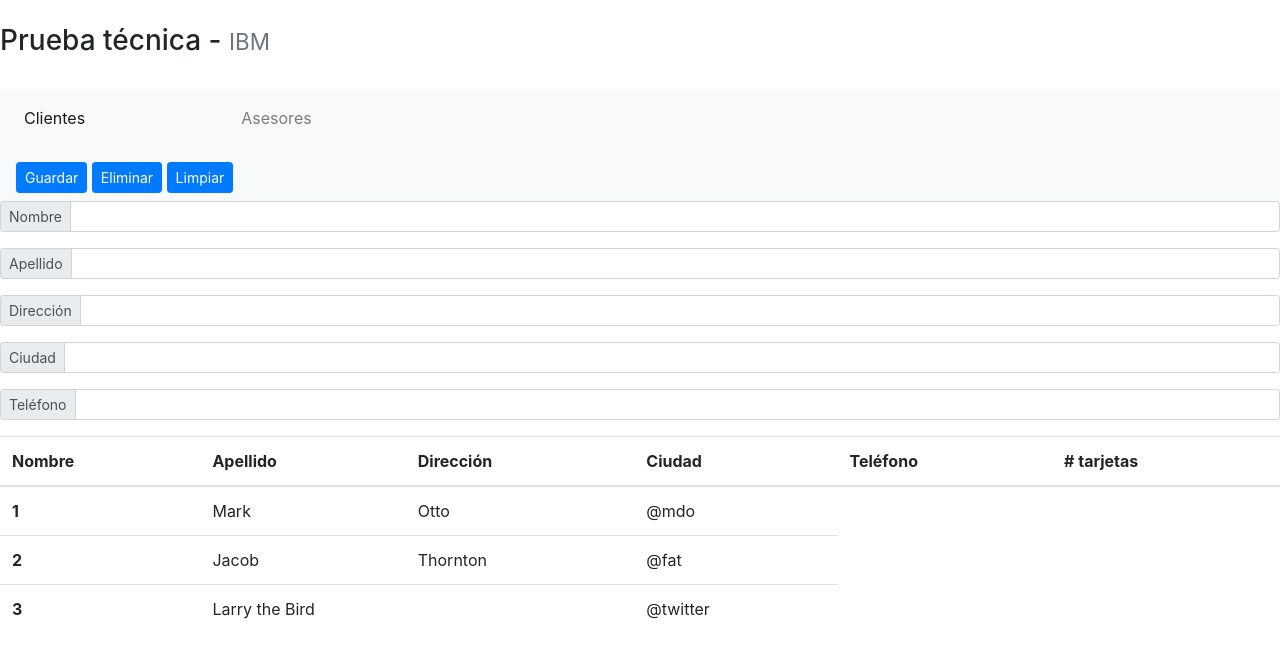
Repository: analozano16/ibm
Page: prueba_banco_war/src/main/webapp/index.html
The author's editor kept a copy of each file at every save. The page is drawn from the files as they stood at one save, then again after the next save.
The browser window is 1280 px wide. The pictures show the whole page.
Some web libraries are served in a nearby version.

Above is the page before, as saved 2020-02-02 19:57:58.

### prueba_banco_war/src/main/webapp/index.html
<!DOCTYPE html>
<html ng-app="Clientes">
<head>
	<title>Prueba</title>
	<meta charset="utf-8" />
	<!-- angular -->
	<script src="https://ajax.googleapis.com/ajax/libs/angularjs/1.7.9/angular.min.js"></script>
	<!-- controlador -->
	<script type="text/javascript" src="app.js"></script>
	<!-- bootstrap -->
	<link rel="stylesheet" href="https://stackpath.bootstrapcdn.com/bootstrap/4.3.1/css/bootstrap.min.css" integrity="sha384-ggOyR0iXCbMQv3Xipma34MD+dH/1fQ784/j6cY/iJTQUOhcWr7x9JvoRxT2MZw1T" crossorigin="anonymous">

</head>
<body>
<br/>
<h3>
  Prueba técnica -
  <small class="text-muted"> IBM</small>
</h3>
<br/>
<nav class="navbar navbar-expand-lg navbar-light bg-light">
  <ul class="navbar-nav">
    <li class="nav-item active">
      <a class="nav-link" href="#">Clientes</a>

      <br/>
<button type="button" class="btn btn-primary btn-sm">Guardar</button>
<button type="button" class="btn btn-primary btn-sm">Eliminar</button>
<button type="button" class="btn btn-primary btn-sm">Limpiar</button>

<br/>


    </li>
    <li class="nav-item">
      <a class="nav-link" href="#">Asesores</a>
    </li>
  </ul>
</nav>




<div class="input-group input-group-sm mb-3">
  <div class="input-group-prepend">
    <span class="input-group-text" id="inputGroup-sizing-sm">Nombre</span>
  </div>
  <input type="text" class="form-control" aria-label="Small" aria-describedby="inputGroup-sizing-sm">
</div>


<div class="input-group input-group-sm mb-3">
  <div class="input-group-prepend">
    <span class="input-group-text" id="inputGroup-sizing-sm">Apellido</span>
  </div>
  <input type="text" class="form-control" aria-label="Small" aria-describedby="inputGroup-sizing-sm">
</div>
<div class="input-group input-group-sm mb-3">
  <div class="input-group-prepend">
    <span class="input-group-text" id="inputGroup-sizing-sm">Dirección</span>
  </div>
  <input type="text" class="form-control" aria-label="Small" aria-describedby="inputGroup-sizing-sm">
</div>
<div class="input-group input-group-sm mb-3">
  <div class="input-group-prepend">
    <span class="input-group-text" id="inputGroup-sizing-sm">Ciudad</span>
  </div>
  <input type="text" class="form-control" aria-label="Small" aria-describedby="inputGroup-sizing-sm">
</div>
<div class="input-group input-group-sm mb-3">
  <div class="input-group-prepend">
    <span class="input-group-text" id="inputGroup-sizing-sm">Teléfono</span>
  </div>
  <input type="text" class="form-control" aria-label="Small" aria-describedby="inputGroup-sizing-sm">
</div>


<table class="table table-hover">
  <thead>
    <tr>
      <th scope="col">Nombre</th>
      <th scope="col">Apellido</th>
      <th scope="col">Dirección</th>
      <th scope="col">Ciudad</th>
      <th scope="col">Teléfono</th>
      <th scope="col"># tarjetas</th>
    </tr>
  </thead>
  <tbody>
    <tr>
      <th scope="row">1</th>
      <td>Mark</td>
      <td>Otto</td>
      <td>@mdo</td>
    </tr>
    <tr>
      <th scope="row">2</th>
      <td>Jacob</td>
      <td>Thornton</td>
      <td>@fat</td>
    </tr>
    <tr>
      <th scope="row">3</th>
      <td colspan="2">Larry the Bird</td>
      <td>@twitter</td>
    </tr>
  </tbody>
</table>
</body>
</html>

### prueba_banco_war/src/main/webapp/app.js
var app = angular.module("Clientes",[]);

app.controller("ClienteController", function($scope){

});

After the next save:
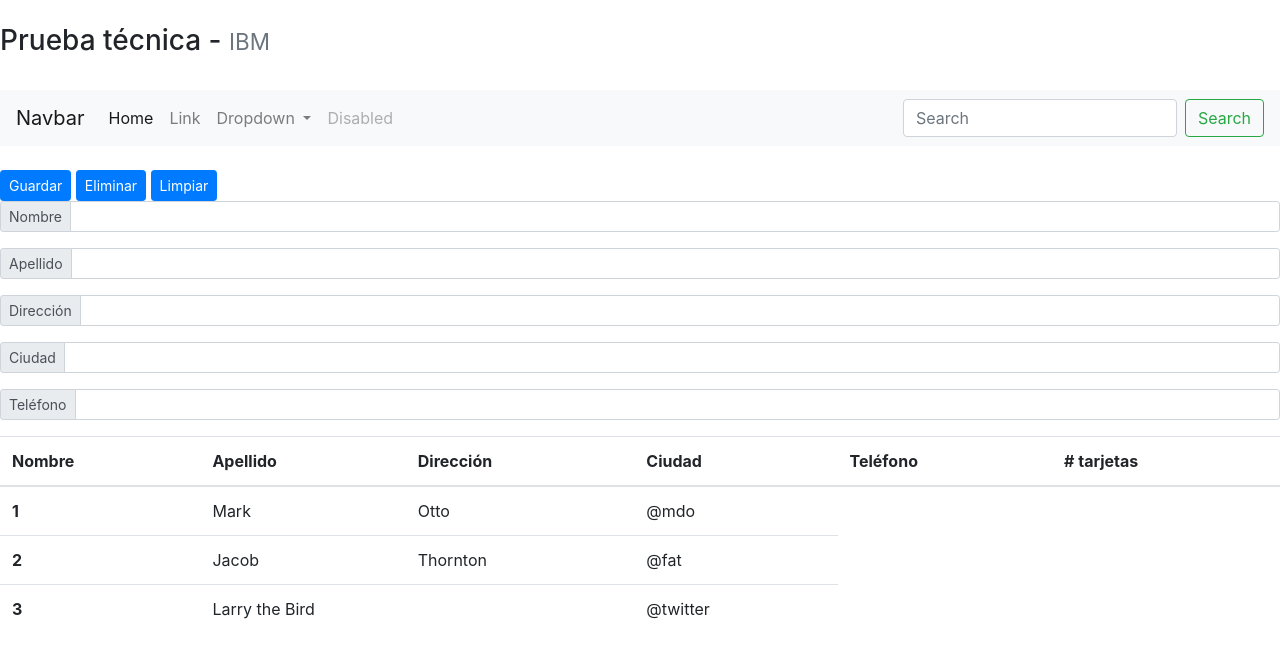
Saved 6 min 31 s later.
--- a/prueba_banco_war/src/main/webapp/index.html
+++ b/prueba_banco_war/src/main/webapp/index.html
@@ -19,28 +19,48 @@
 </h3>
 <br/>
 <nav class="navbar navbar-expand-lg navbar-light bg-light">
-  <ul class="navbar-nav">
-    <li class="nav-item active">
-      <a class="nav-link" href="#">Clientes</a>
+      <a class="navbar-brand" href="#">Navbar</a>
+      <button class="navbar-toggler" type="button" data-toggle="collapse" data-target="#navbarSupportedContent" aria-controls="navbarSupportedContent" aria-expanded="false" aria-label="Toggle navigation">
+        <span class="navbar-toggler-icon"></span>
+      </button>
 
-      <br/>
+      <div class="collapse navbar-collapse" id="navbarSupportedContent">
+        <ul class="navbar-nav mr-auto">
+          <li class="nav-item active">
+            <a class="nav-link" href="#">Home <span class="sr-only">(current)</span></a>
+          </li>
+          <li class="nav-item">
+            <a class="nav-link" href="#">Link</a>
+          </li>
+          <li class="nav-item dropdown">
+            <a class="nav-link dropdown-toggle" href="#" id="navbarDropdown" role="button" data-toggle="dropdown" aria-haspopup="true" aria-expanded="false">
+              Dropdown
+            </a>
+            <div class="dropdown-menu" aria-labelledby="navbarDropdown">
+              <a class="dropdown-item" href="#">Action</a>
+              <a class="dropdown-item" href="#">Another action</a>
+              <div class="dropdown-divider"></div>
+              <a class="dropdown-item" href="#">Something else here</a>
+            </div>
+          </li>
+          <li class="nav-item">
+            <a class="nav-link disabled" href="#">Disabled</a>
+          </li>
+        </ul>
+        <form class="form-inline my-2 my-lg-0">
+          <input class="form-control mr-sm-2" type="search" placeholder="Search" aria-label="Search">
+          <button class="btn btn-outline-success my-2 my-sm-0" type="submit">Search</button>
+        </form>
+      </div>
+    </nav>
+
+
+<br/>
 <button type="button" class="btn btn-primary btn-sm">Guardar</button>
 <button type="button" class="btn btn-primary btn-sm">Eliminar</button>
 <button type="button" class="btn btn-primary btn-sm">Limpiar</button>
 
 <br/>
-
-
-    </li>
-    <li class="nav-item">
-      <a class="nav-link" href="#">Asesores</a>
-    </li>
-  </ul>
-</nav>
-
-
-
-
 <div class="input-group input-group-sm mb-3">
   <div class="input-group-prepend">
     <span class="input-group-text" id="inputGroup-sizing-sm">Nombre</span>
